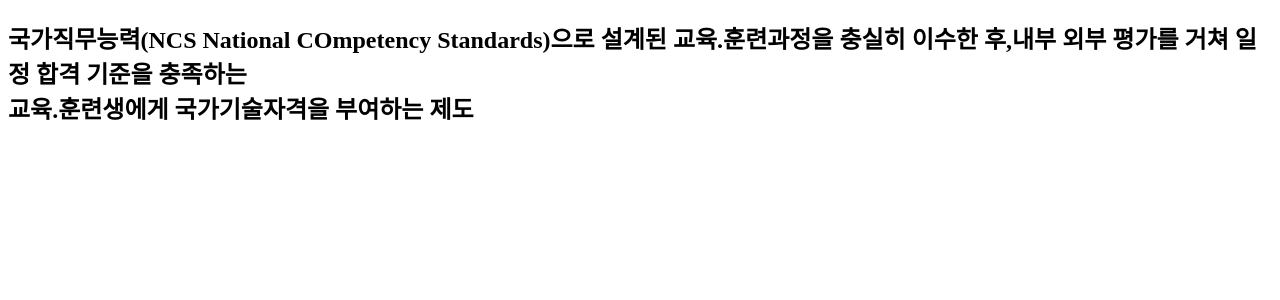
Repository: jeajune0221/information
Page: http://localhost/HRD_2411/
These files come from the project's save history. The page is drawn as it stood at one moment and after the next save; the edit follows.
The browser window is 1280 px wide. The pictures show the whole page.
The page is served by Tomcat 9.

Above is the page before, as saved 2026-04-12 15:19:35.

After the next save:
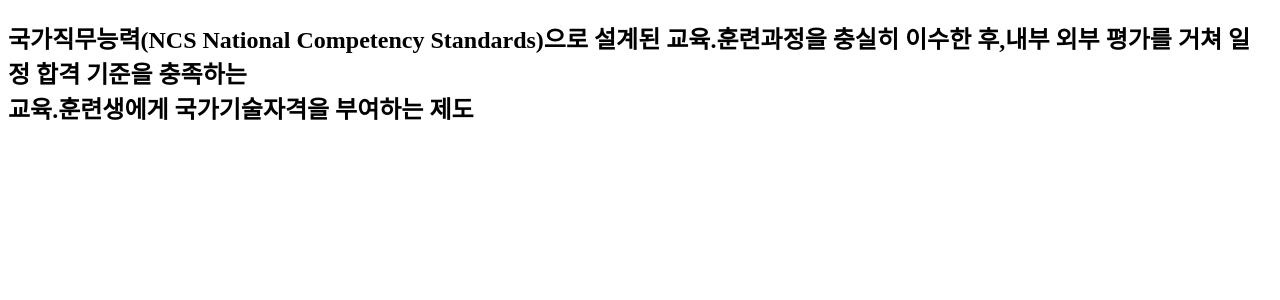
Saved 81 s later.
--- a/HRD_2411/src/main/webapp/index.jsp
+++ b/HRD_2411/src/main/webapp/index.jsp
@@ -7,7 +7,7 @@
 <title>Insert title here</title>
 </head>
 <body>
-<h2>국가직무능력(NCS National COmpetency Standards)으로 설계된 교육.훈련과정을 충실히 이수한 후,내부 외부 평가를 거쳐 일정 합격 기준을 충족하는 <br>교육.훈련생에게 국가기술자격을 부여하는 제도
+<h2>국가직무능력(NCS National Competency Standards)으로 설계된 교육.훈련과정을 충실히 이수한 후,내부 외부 평가를 거쳐 일정 합격 기준을 충족하는 <br>교육.훈련생에게 국가기술자격을 부여하는 제도
 </h2>
 </body>
 </html>
